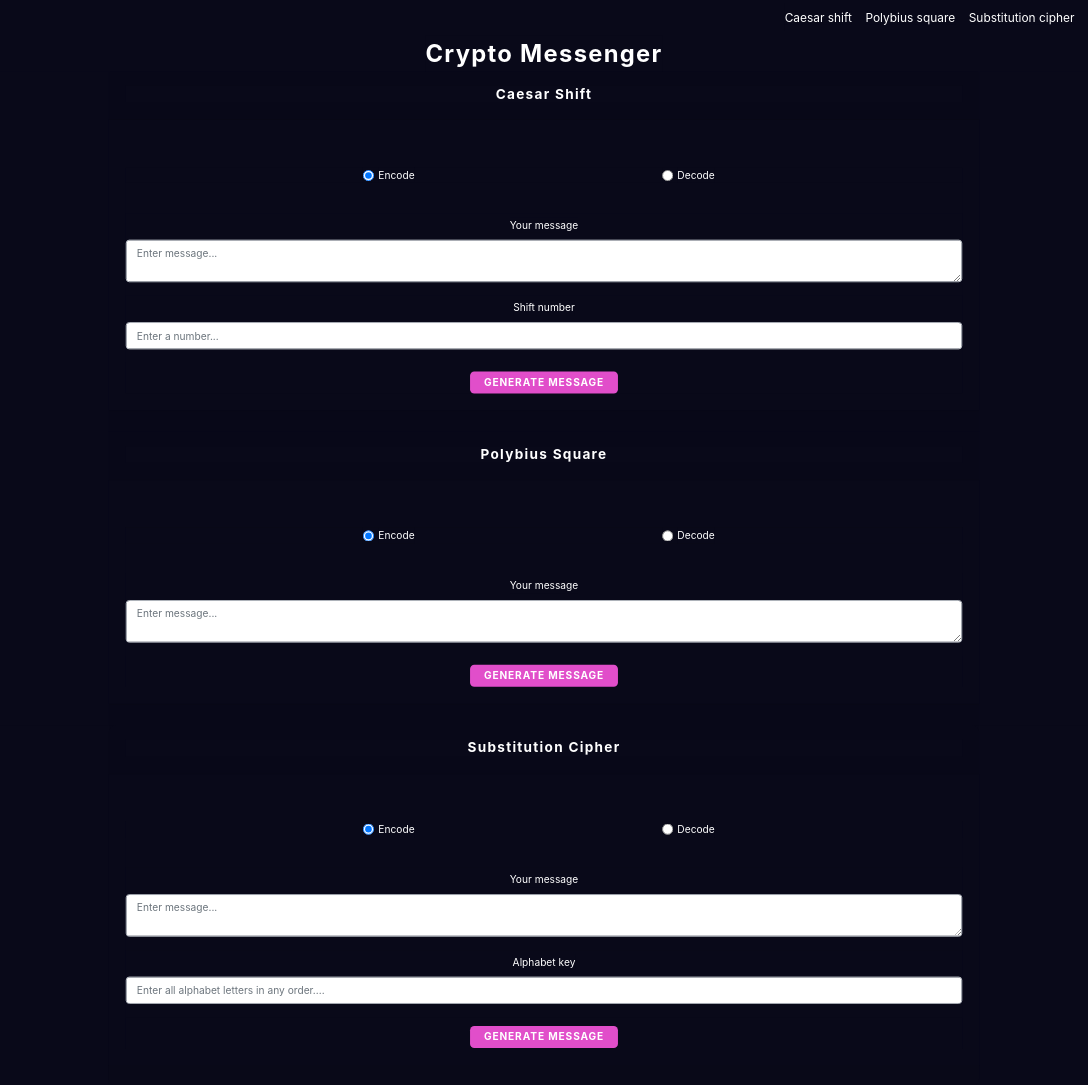
Repository: Rthompson2548/Project-Decoder-Ring
Page: index.html
An editor plug-in stored every save of this project. The page is shown before and after a run of saves, followed by the edit.
The browser window is 1280 px wide. The pictures show the whole page, at 85% of full size.

Above is the page before, as saved 2022-04-09 20:16:53.

### index.html
<!DOCTYPE html>
<html lang="en">

<head>
  <!-- Required meta tags -->
  <meta charset="utf-8" />
  <meta name="viewport" content="width=device-width, initial-scale=1, shrink-to-fit=no" />
  <link rel="icon" href="images/favicon.ico" />
  <link rel="stylesheet" type="text/css" href="index.css" />
  <link rel="stylesheet" href="https://stackpath.bootstrapcdn.com/bootstrap/4.5.2/css/bootstrap.min.css"
    integrity="sha384-JcKb8q3iqJ61gNV9KGb8thSsNjpSL0n8PARn9HuZOnIxN0hoP+VmmDGMN5t9UJ0Z" crossorigin="anonymous" />
<link rel="preconnect" href="https://fonts.googleapis.com">
<link rel="preconnect" href="https://fonts.gstatic.com" crossorigin>
<link href="https://fonts.googleapis.com/css2?family=Archivo&family=Montserrat&family=Work+Sans&display=swap"
  rel="stylesheet">
  <title>Crypto-Messenger</title>
</head>

<body>
  <header class="container-fluid border-0">
    <div class="nav-bar fixed-top">
      <div class="nav-bar">
        <a href="#caesar-shift"> <span class="nav-bar-item">
            Caesar shift
          </span> </a>
          <a href="#polybius-square"> <span class="nav-bar-item">
            Polybius square
          </span> </a>
          <a href="#substitution-cipher"> <span class="nav-bar-item">
            Substitution cipher
          </span> </a>
      </div>
    </div>
  </header>
  <main>
    <div class="header">
      <span class="page-title">
        Crypto Messenger
      </span>
      <!-- <p>Use ciphers to encode & decode messages</p> -->
      </div>

    <div class="page-content">
      <!-- Caesar Shift -->
      <section class="language-card">
        <div id="caesar-shift">
          <div class="card-header">
            <h2 class="language-card-title">Caesar Shift</h2>
            </div>
            <div class="card-body">
            <!-- <p class="language-card-description"> The Caesar Shift is a type of substitution cipher originally used by
              Julius Caesar to protect messages of military significance. It relies on taking the alphabet and
              "shifting" letters to the right or left, based on the typical alphabetic order. </p> -->
            <form id="caesar">
<!-- encode/decode radio option buttons -->
              <div class="encode-decode-options">
                <!-- encode option radio button -->
                <div class="form-check form-check-inline">
                  <input class="form-check-input" type="radio" name="caesar-options" id="caesar-options-encode" value="encode" checked />

                  <label class="form-check-label" for="caesar-options-encode">
                    Encode
                  </label>

                </div>
<!-- decode option radio button -->
                <div class="form-check form-check-inline">
                  <input class="form-check-input" type="radio" name="caesar-options" id="caesar-options-decode" value="decode" />

                  <label class="form-check-label" for="caesar-options-decode">
                    Decode
                  </label>

                </div>
              </div>

              <div class="form-group">
                <label for="caesar-input">Your message</label>
                <textarea class="form-control" id="caesar-input" rows="2" placeholder="Enter message..."></textarea>
                </div>
                <div class="form-group">
                  <label for="caesar-shift">Shift number</label>
                  <input type="number" class="form-control" id="caesar-shift" placeholder="Enter a number..." />
                </div>
              <div class="submit-button-container">
                <button class="submit-button" type="submit">GENERATE MESSAGE</button>
              </div>
            </form>
            </div>
          <div id="caesar-alert" class="alert alert-danger d-none" role="alert"> Something went wrong! Check your input
            and the shift amount and try again. </div>
          <div class="card-footer"><span class="font-weight-bold" id="caesar-output"></span> </div>
          </div>
          </section>
      <!-- Polybius -->
      <section class="language-card">
        <div id="polybius-square">
          <div class="card-header">
            <h2 class="language-card-title">Polybius Square</h2>
            </div>
            <div class="card-body">
            <!-- <p class="language-card-description"> The Polybius Square is a cipher that is achieved by arranging a
              typical alphabet into a grid. Each letter is represented through a coordinate. For example, in the above
              table, the letter "B" would be represented by the numerical pair "21". </p> -->
            <form id="polybius">
              <div class="encode-decode-options">
                <div class="form-check form-check-inline">
                  <input class="form-check-input" type="radio" name="polybius-options" id="polybius-options-encode" value="encode"
                    checked />
                  <label class="form-check-label" for="polybius-options-encode">Encode</label>
                </div>
                <div class="form-check form-check-inline">
                  <input class="form-check-input" type="radio" name="polybius-options" id="polybius-options-decode" value="decode" />
                  <label class="form-check-label" for="polybius-options-decode">Decode</label>
                </div>
              </div>
              <div class="form-group">
                <label for="polybius-input">Your message</label>
                <textarea class="form-control" id="polybius-input" rows="2" placeholder="Enter message..."></textarea>
                </div>
              <div class="submit-button-container">
                <button class="submit-button" type="submit">GENERATE MESSAGE</button>
              </div>
            </form>
            </div>
          <div id="polybius-alert" class="alert alert-danger d-none" role="alert"> Something went wrong! Check your
            input and try again. </div>
          <div class="card-footer"><span class="font-weight-bold" id="polybius-output"></span> </div>
          </div>
          </section>
      <!-- Substitution -->
      <section id="substitution-cipher">
        <div class="language-card">
          <div class="card-header">
            <h2 class="language-card-title">Substitution Cipher</h2>
            </div>
            <div class="card-body">

            <form id="substitution">
              <div class="encode-decode-options">
                <div class="form-check form-check-inline">
                  <input class="form-check-input" type="radio" name="substitution-options" id="substitution-options-encode"
                    value="encode" checked />
                  <label class="form-check-label" for="substitution-options-encode">Encode</label>
                </div>
                <div class="form-check form-check-inline">
                  <input class="form-check-input" type="radio" name="substitution-options" id="substitution-options-decode"
                    value="decode" />
                  <label class="form-check-label" for="substitution-options-decode">Decode</label>
                </div>
              </div>
              <div class="form-group">
                <label for="substitution-input">Your message</label>
                <textarea class="form-control" id="substitution-input" rows="2" placeholder="Enter message..."></textarea>
                </div>
                <div class="form-group">
                  <label for="substitution-alphabet">Alphabet key</label>
                  <input type="text" class="form-control" id="substitution-alphabet" maxlength="26"
                    placeholder="Enter all alphabet letters in any order...." />
                </div>
              <div class="submit-button-container">
                <button class="submit-button" type="submit">GENERATE MESSAGE</button>
              </div>
            </form>
            </div>
          <div id="substitution-alert" class="alert alert-danger rounded-0 d-none" role="alert"> Something went wrong!
            Check your input and alphabet key. </div>
          <div class="card-footer border-0"><span class="font-weight-bold" id="substitution-output"></span> </div>
          </div>
          </section>
    </div>

  </main>
  <script src="./scripts/setup.js"></script>
  <script src="./src/caesar.js"></script>
  <script src="./src/polybius.js"></script>
  <script src="./src/substitution.js"></script>
  <script src="./scripts/caesar.js"></script>
  <script src="./scripts/polybius.js"></script>
  <script src="./scripts/substitution.js"></script>
</body>

</html>

### index.css
* {
  background-color: rgb(9 9 25);
  color: #fff;
  margin: 0;
  padding: 0;
}

html, body, #page {
    /* height:100%; */
    /* width:100%; */
    margin:0;
    padding:0;
    font-family: 'Montserrat', sans-serif;
}

input, textarea {
  font-size: 12px !important;
}

.page-content {
  /* font-family: 'Space Mono', monospace; */
  align-items: center;
  /* width: 750px; */
}

.page-title {
  color: #fff;
  font-size: 28px;
  font-weight: bold;
  display: flex;
  letter-spacing: 1.5px;
  justify-content: center;
  margin-top: 42px;
}

.nav-bar {
  display: flex;
  justify-content: center;
  padding: 4px 0;
}

.nav-bar-item {
  font-size: 14px;
  margin-right: 16px;
}

.header {
  display: flex;
  justify-content: center;
}

.encode-decode-options {
  display: flex;
  justify-content: space-evenly;
  margin: 36px 0;
  font-size: 15px;
}

section {
  text-align: center;
}

.language-card {
  color: #000;
  border: none;
  border-radius: 8px;
  margin: 0 10%;
}

.language-card-title {
  font-size: 20px;
  font-weight: bold;
  letter-spacing: 1.5px;
  margin-top: 5px;
}

.language-card-description {
  font-size: 14px;
  line-height: 1.5rem;
  letter-spacing: 0.5px;
  margin-bottom: 18px;
}

.submit-button-container {
  display: flex;
  justify-content: center;
}

.submit-button {
  background-color: rgb(225 78 202);
  border: none;
  color: #fff;
  border-radius: 5px;
  padding: 4px 16px;
  margin-top: 10px;
  font-size: 12px;
  letter-spacing: 1px;
  font-weight: bold;
}

@media (min-width: 1000px) {

  .page-content {

  }

  .nav-bar {
    justify-content: end;
  }

  .language-card-title {
    font-size: 16px;
  }

  .language-card-description {
    font-size: 12px;
  }

  label {
    font-size: 12px;
  }
}

### src/caesar.js
const caesarModule = (function() {
    function caesar(input, shift, encode = true) {
        if (!shift || shift === 0 || shift < -25 || shift > 25) return false;
        /* create a variable that takes the input value and converts it to lower case letters so that all characters have the correct ascii values */
        let word = input.toLowerCase().split("");

        /** will subtract the shift value from the word if "decode" to return the original letters of the word */
        if (!encode) shift = 0 - shift;
        // create a variable that maps each letter of the word
        const message = word.map((letter) => {
            let asciiValue = letter.charCodeAt(0) - 97;
            if (asciiValue < 0 || asciiValue > 26) return letter;

            /* add the ascii code value of the letter to the
            shift argument value to convert  it to the right
            character */
            asciiValue += shift;

            /* if the character's value is less than the 'a' value,
            add 26 to it so that it wraps around the alphabet. */
            if (asciiValue < 0) asciiValue += 26;
            asciiValue = asciiValue % 26;

            /* why do we add the ascii value to 97, which is 'a', if
            we already added it's ascii value to shift? Isn't that how
            we encode the message? */

            asciiValue += 97;

            /* user String.fromCharCode to connect the ascii
            code message back to letter values */
            return String.fromCharCode(asciiValue);
        });

        /* join each new character together to create a full word */
        return message.join("");
    }


    return {
        caesar,
    };
})();

module.exports = {
    caesar: caesarModule.caesar
};

### src/polybius.js
const polybiusModule = (function() {
    function polybius(input, encode = true) {
        /* create a variable that takes the input message, converts it all to lowercase, and use split to return an array of each letter separated by a single comma */
        const split = input.toLowerCase().split("");
        /* create an array of every letter(s) in the polybius square. This array will be separated into multiple inner arrays of letters within the array according to their row */
        const polybiusSquare = [
            ["a", "b", "c", "d", "e"],
            ["f", "g", "h", "(i/j)", "k"],
            ["l", "m", "n", "o", "p"],
            ["q", "r", "s", "t", "u"],
            ["v", "w", "x", "y", "z"],
        ];
        /* create an if statement for what to do if the inputted message should be encoded */
        if (encode) {
            /* create a variable that uses map method on the lowercase message */
            const codedMessage = split.map((letter) => {
                /* create a variable that takes each character from the inputted message array and converts it into it's unicode value. */
                const asciiLetterValue = letter.charCodeAt(0);
                /* use an if statement to return only characters between
                   lowercase 'a' and 'z' ascii values, as well as checking that
                   the character is not a space  */
                if ((asciiLetterValue < 97 || asciiLetterValue > 122) && asciiLetterValue != 32) return;
                /* run a for loop through the polybius square array */
                for (let i = 0; i < polybiusSquare.length; i++) {
                    /* run a for loop within that for loop through each inner array */
                    for (let j = 0; j < polybiusSquare[i].length; j++) {
                        if (polybiusSquare[i][j] === letter) return `${j + 1}${i + 1}`;
                        if (letter === "i" || letter === "j") return "42";
                        if (letter === " ") return " ";
                    }
                }
            });
            /* return the variable that split and lower case'd the original message argument */
            return codedMessage.join("");
        }

        /* decode */

        /* set a variable as an empty string to hold decoded message */
        let codedMessage = "";
        /* run a for loop through the message array, but increment i by 2, because each encoded character amounts to 2 number values */
        for (let i = 0; i < split.length; i += 2) {
            /* create an if statement that checks if the value in the message is a space */
            if (split[i] === " ") {
                /* if the value is true, then add a space string to the decoded message string */
                codedMessage += " ";
                /* switch incrementor to go back one "a" value in order to not include the next number in the string */
                i--;
                /* run a continue statement, which will terminate the i-1 incrementor and return back to a+=2 for the next numbers in the string*/
                continue;
            }
            if (!split[i + 1]) return false; // invalid number of characters
            codedMessage += polybiusSquare[split[i + 1] - 1][split[i] - 1];
        }
        // return the coded message

        return codedMessage;
    }

    return {
        polybius,
    };
})();

module.exports = {
    polybius: polybiusModule.polybius
};

### src/substitution.js
const substitutionModule = (function () {
/* helper function for message and both alphabet strings */
    function mapInput(message, alphabetA, alphabetB) {

        /* use the map method on the input message */
        return message.map((letter) => {
            const index = alphabetA.indexOf(letter);
            /* if statement that returns any characters that
             were not found in the string */
            if (index === -1) return letter;
            return alphabetB[index];
        });
    }

  function substitution(input, alphabet, encode = true) {
        if (!alphabet || alphabet.length != 26) return false;

        /* variable that takes the correct alphabet
        string and returns an array of the letters, separated by a comma */
        const abc = "abcdefghijklmnopqrstuvwxyz".split("");

        /* variable that takes the alphabet argument and
        returns it in lower case, separated by commas */
        const splitAlphabet = alphabet.toLowerCase().split("");

        /* variable that takes the message argument,
        and returns it converted to lower case and separated
        by commas */
        const message = input.toLowerCase().split("");

        /* use a nested for loop to compare the characters
          in the alphabet argument to check for uniqueness */
        for (let i = 0; i < splitAlphabet.length; i++) {
            for (let j = i + 1; j < splitAlphabet.length; j++) {
                if (splitAlphabet[i] === splitAlphabet[j]) return false;
            }
        }

        if (encode) return mapInput(message, abc, splitAlphabet).join("");
        return mapInput(message, splitAlphabet, abc).join("");
}

  return {
    substitution,
  };
})();

module.exports = { substitution: substitutionModule.substitution };

### scripts/caesar.js
function caesarRenderer() {

  const form = document.querySelector("#caesar");

  form.addEventListener("submit", (event) => {
    event.preventDefault();

    /** grabs input value via the textarea's id */
    const input = event.target["caesar-input"].value;

    /** direction will be either "encode" or "decode" */
    const direction = event.target["caesar-options"].value;

    /** grabs the value of the shift number input (aka the number to shift the message by) */
    const shift = event.target["caesar-shift"].value;

    /** sets the value of the shift in integer form */
    const result =
      direction === "encode"
        ? caesarModule.caesar(input, Number(shift))
        : caesarModule.caesar(input, Number(shift), false);

    const alert = document.querySelector("#caesar-alert");

    if (result) {
      alert.classList.add("d-none");
      const output = document.querySelector("#caesar-output");
      output.innerHTML = result;
    } else {
      alert.classList.remove("d-none");
    }
  });
}

document.addEventListener("DOMContentLoaded", caesarRenderer);

### scripts/polybius.js
function polybiusRenderer() {
  const form = document.querySelector("#polybius");
  form.addEventListener("submit", (event) => {
    event.preventDefault();

    const input = event.target["polybius-input"].value;
    const direction = event.target["polybius-options"].value;
    const result =
      direction === "encode"
        ? polybiusModule.polybius(input)
        : polybiusModule.polybius(input, false);

    const alert = document.querySelector("#polybius-alert");
    if (result) {
      alert.classList.add("d-none");
      const output = document.querySelector("#polybius-output");
      output.innerHTML = result;
    } else {
      alert.classList.remove("d-none");
    }
  });
}

document.addEventListener("DOMContentLoaded", polybiusRenderer);

### scripts/substitution.js
function substitutionRenderer() {
  const form = document.querySelector("#substitution");
  form.addEventListener("submit", (event) => {
    event.preventDefault();

    const input = event.target["substitution-input"].value;
    const direction = event.target["substitution-options"].value;
    const alphabet = event.target["substitution-alphabet"].value;
    const result =
      direction === "encode"
        ? substitutionModule.substitution(input, alphabet)
        : substitutionModule.substitution(input, alphabet, false);

    const alert = document.querySelector("#substitution-alert");
    if (result) {
      alert.classList.add("d-none");
      const output = document.querySelector("#substitution-output");
      output.innerHTML = result;
    } else {
      alert.classList.remove("d-none");
    }
  });
}

document.addEventListener("DOMContentLoaded", substitutionRenderer);

Loaded but not shown: scripts/setup.js (common file)

After the next 4 saves:
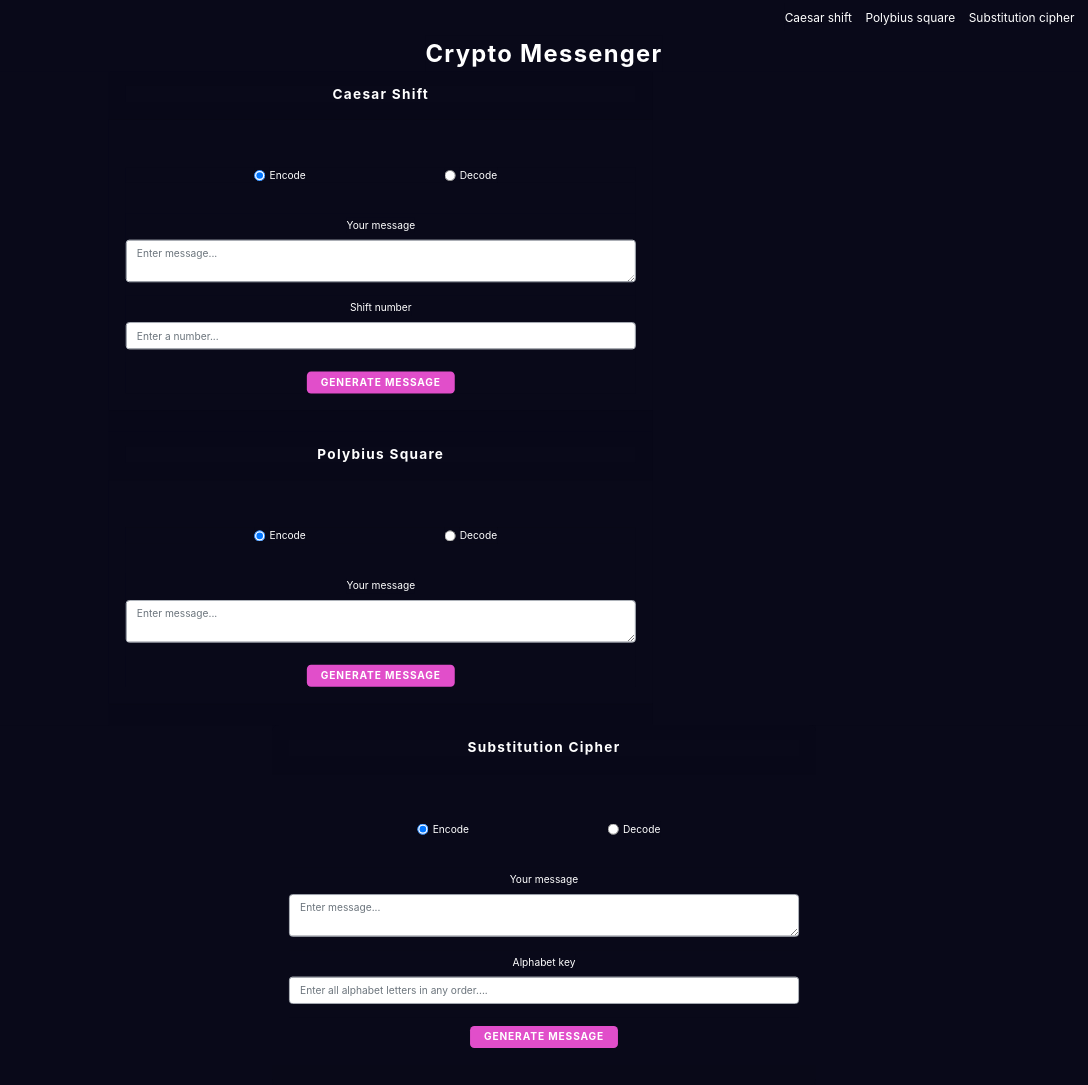
The 4 saves are shown as one change because they came seconds apart.
The last was saved 15 s later.
--- a/index.css
+++ b/index.css
@@ -61,6 +61,8 @@ section {
 }
 
 .language-card {
+  display: inline-block;
+  width: 50%;
   color: #000;
   border: none;
   border-radius: 8px;
